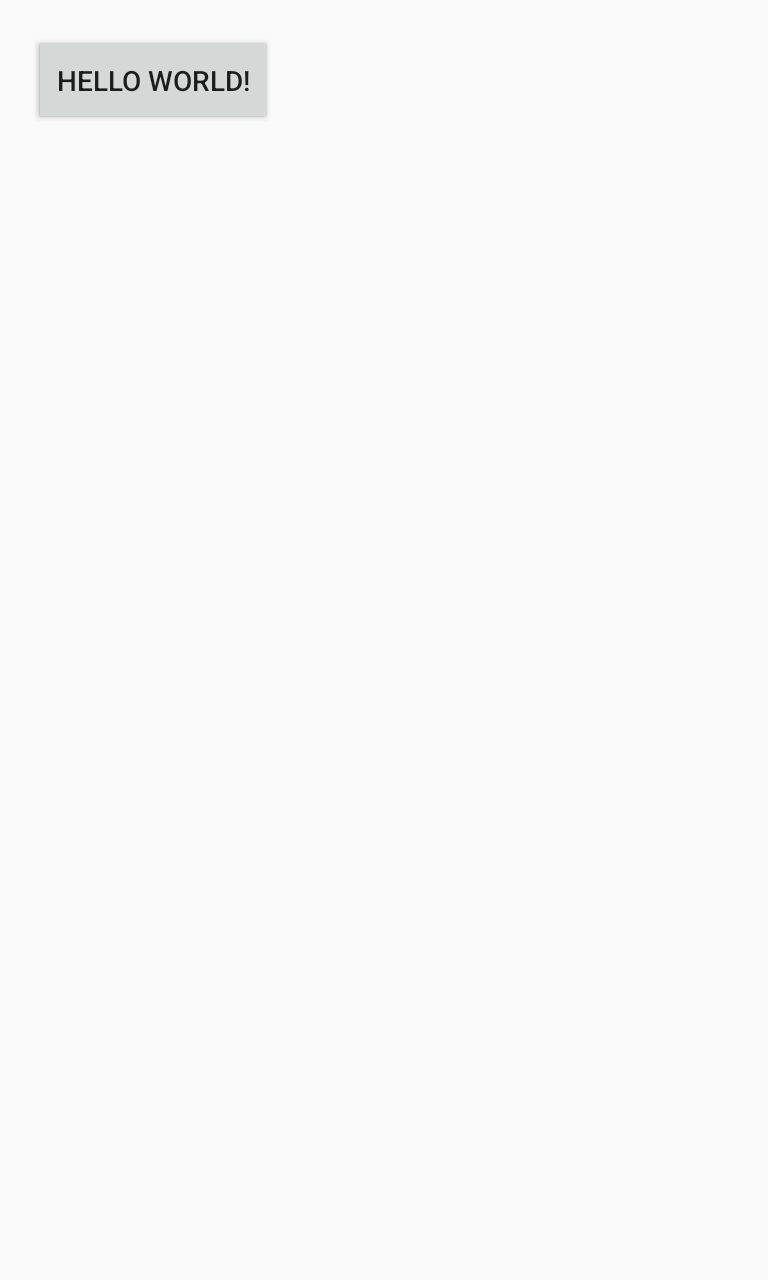
Repository: 18810012802/creazyAndroid
Layout: workspace3/Lifecycle/res/layout/activity_main.xml
These files come from the project's save history. The layout is drawn as it stood at one moment and after the next save; the edit follows.
It is drawn on a 768 x 1280 px phone screen (xhdpi) without system bars, with theme AppTheme; the app's code is not run.

Above is the layout before, as saved 2016-05-02 06:47:45.

After the next save:
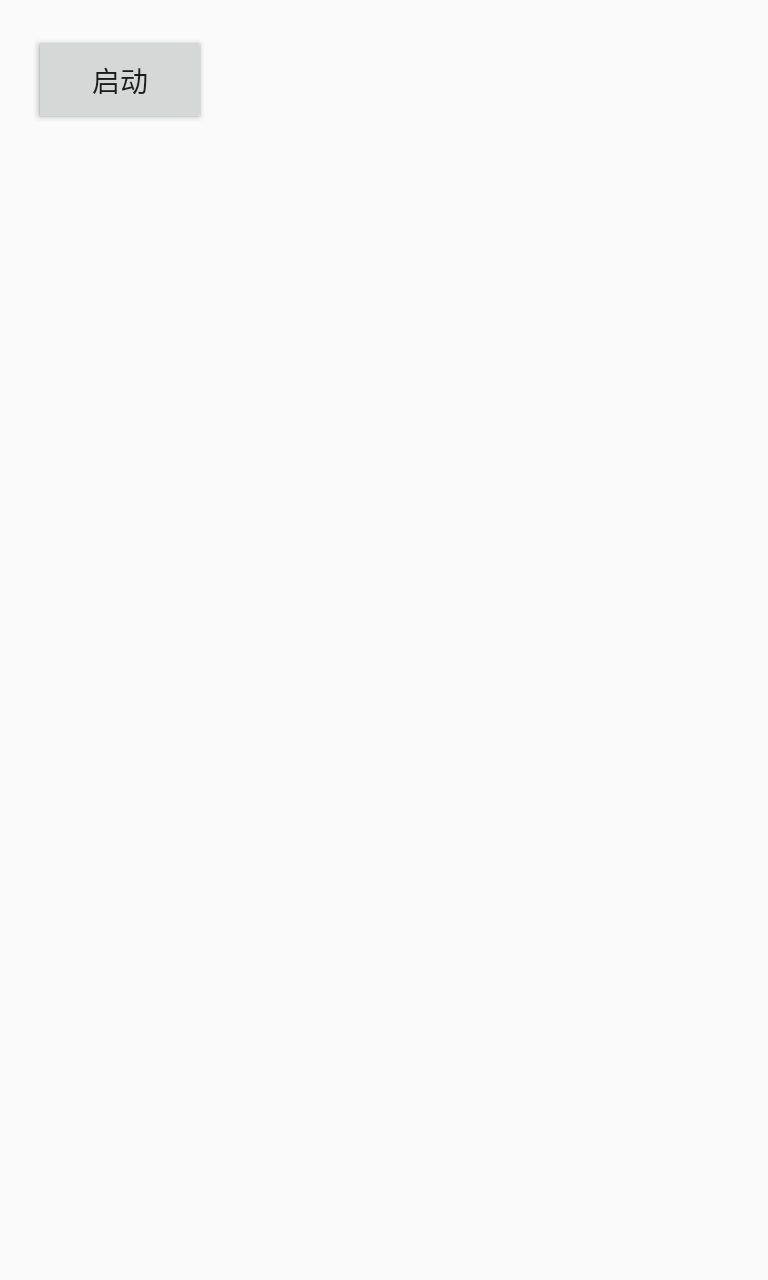
Saved 36 s later.
--- a/workspace3/Lifecycle/res/layout/activity_main.xml
+++ b/workspace3/Lifecycle/res/layout/activity_main.xml
@@ -12,11 +12,11 @@
         android:id="@+id/finish"
         android:layout_width="wrap_content"
         android:layout_height="wrap_content"
-        android:text="@string/hello_world" />
+        android:text="结束" />
  	<Button
         android:id="@+id/startActivity"
         android:layout_width="wrap_content"
         android:layout_height="wrap_content"
-        android:text="@string/hello_world" />
+        android:text="启动" />
 
 </RelativeLayout>
